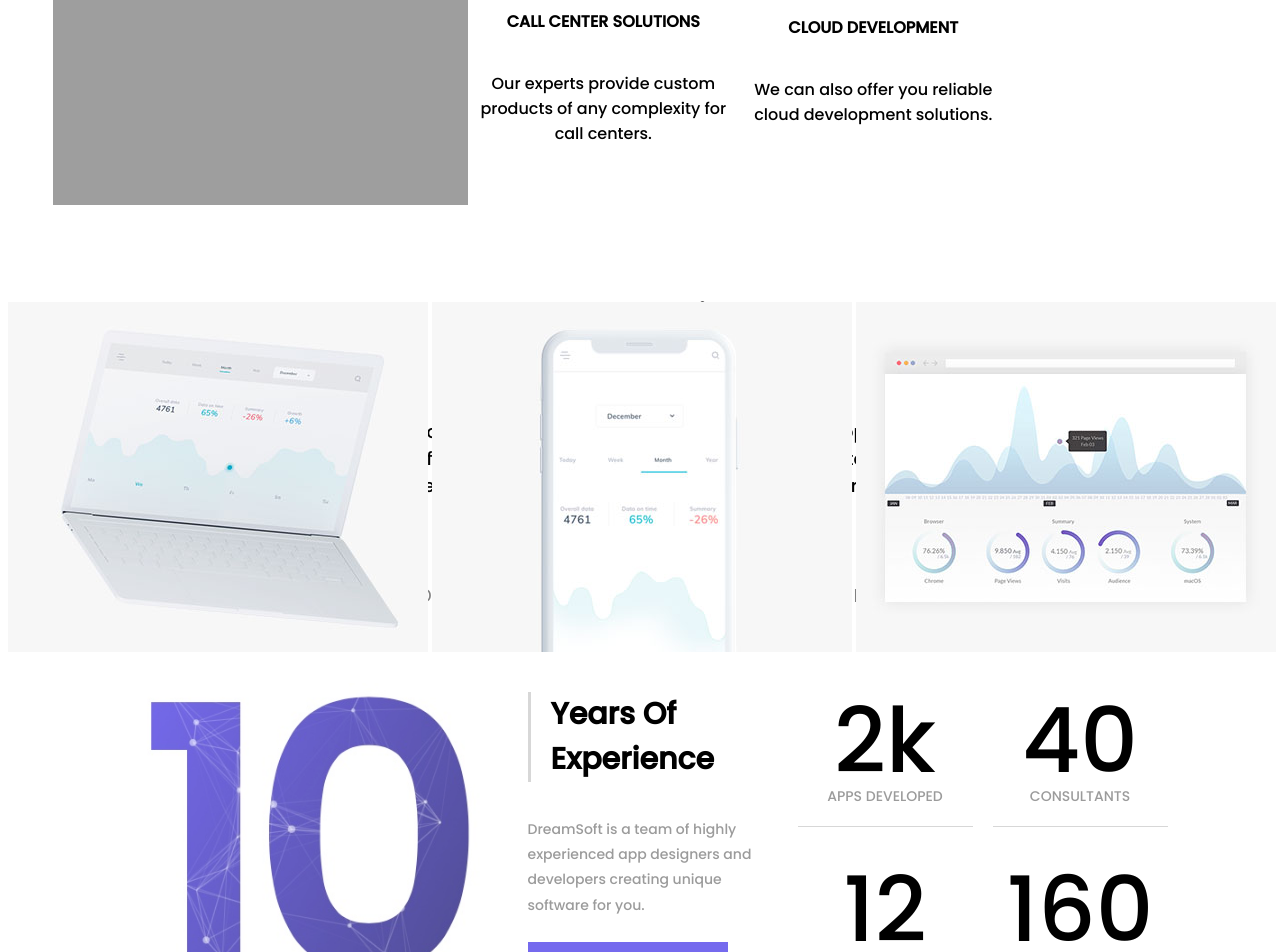
Repository: kkyler24/ladders-bootcamp-awesome
Page: index.html
An editor plug-in stored every save of this project. The page is shown before and after the next save, followed by the edit.
The browser window is 1280 px wide. The pictures show the part of the page from y = 1134 to 2086 px (the page is 6195 px tall).
Pictures or frames that could not be fetched are drawn as grey boxes.

Above is the page before, as saved 2021-03-20 12:13:38.

After the next save:
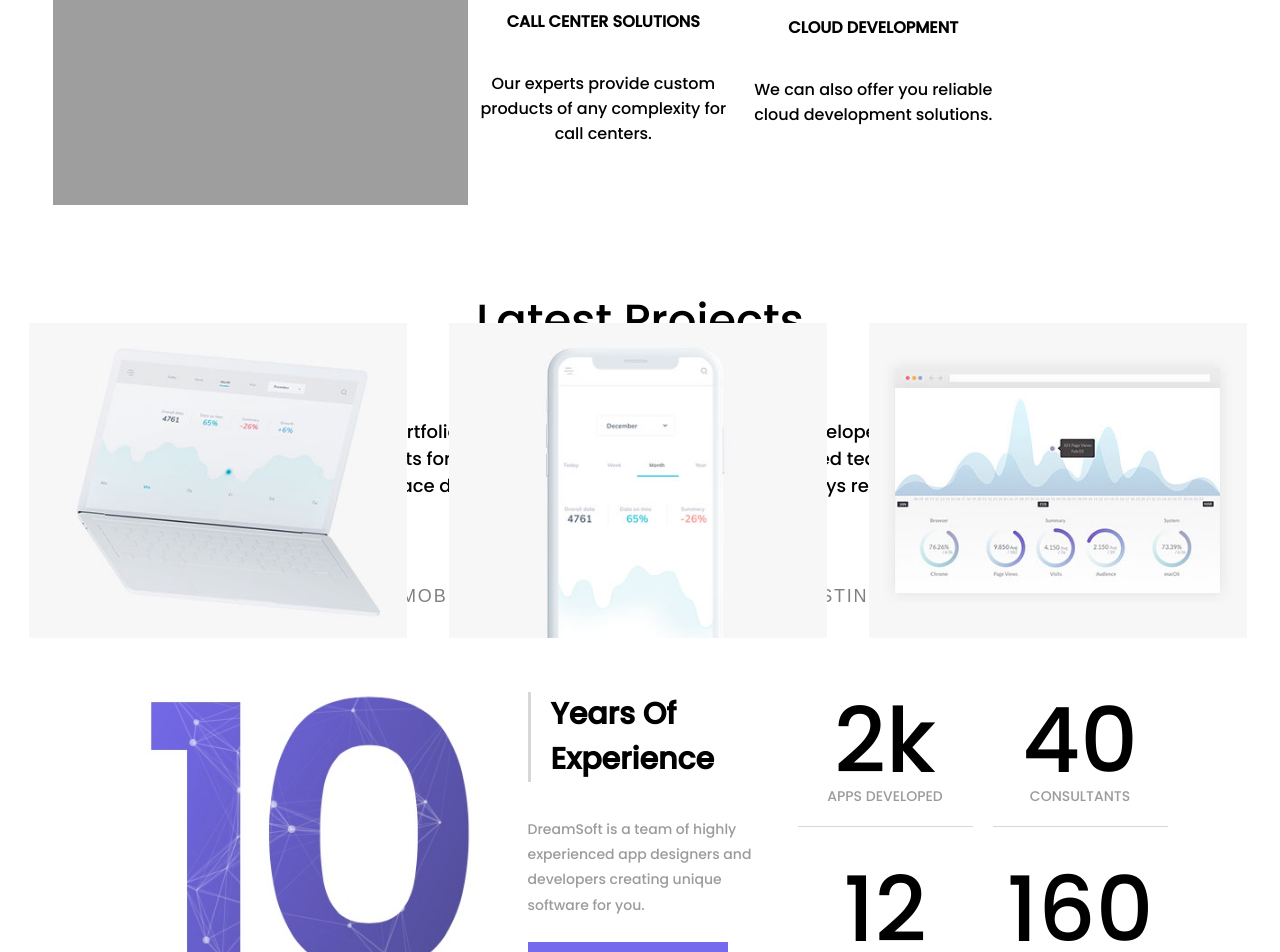
Saved 94 s later.
--- a/kstyle.css
+++ b/kstyle.css
@@ -152,4 +152,8 @@ display: block;
   margin-top: 40px;
 }
 
-#
+.latestGallery img{
+  width: 30%;
+    float: left;
+    margin: 1.66%;
+}
